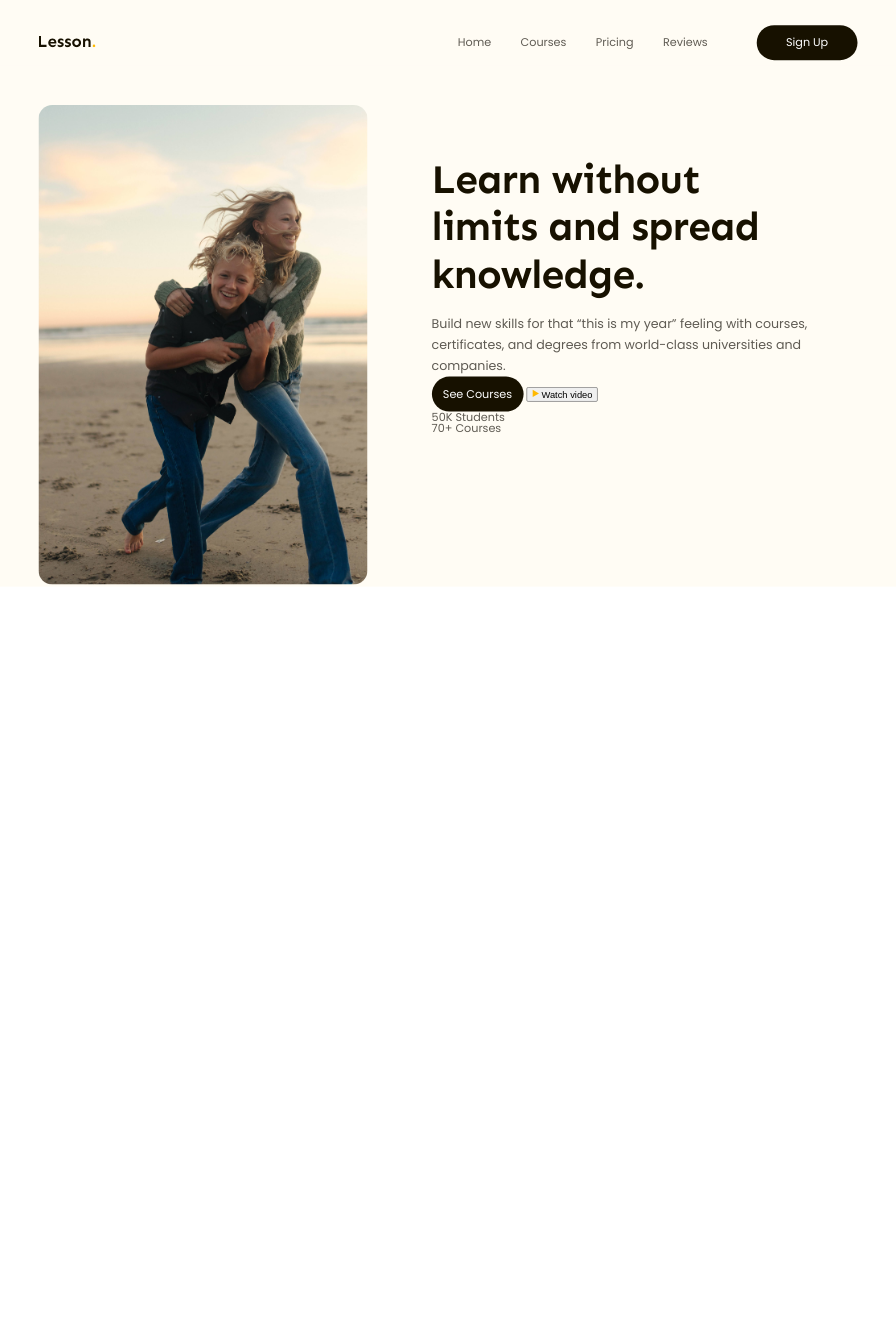
Repository: tinhtranjp/htmlcss-01
Page: index.html
The author's editor kept a copy of each file at every save. The page is drawn from the files as they stood at one save, then again after the next save.
The browser window is 1280 px wide. The pictures show the part of the page from y = 0 to 1920 px (the page is 5000 px tall), at 70% of full size.

Above is the page before, as saved 2023-01-20 05:18:29.

After the next save:
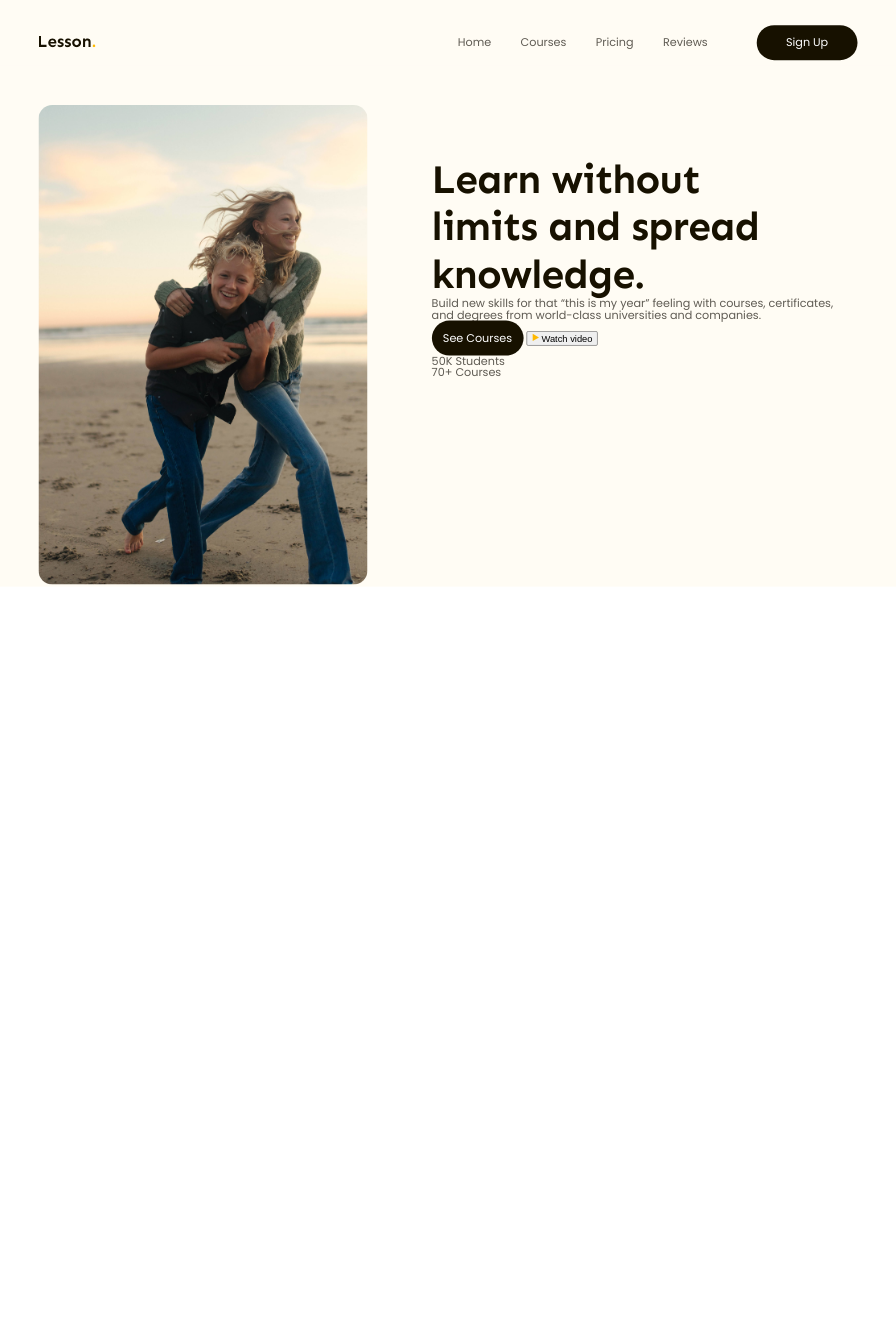
Saved 9 s later.
--- a/assets/css/styles.css
+++ b/assets/css/styles.css
@@ -101,7 +101,7 @@
   width: 470px;
 }
 
-.hero .info .desc:first-of-type {
+.hero .info .desc:first-of-type() {
   margin-top: 22px;
   font-weight: 400;
   font-size: 18px;

After the save that followed:
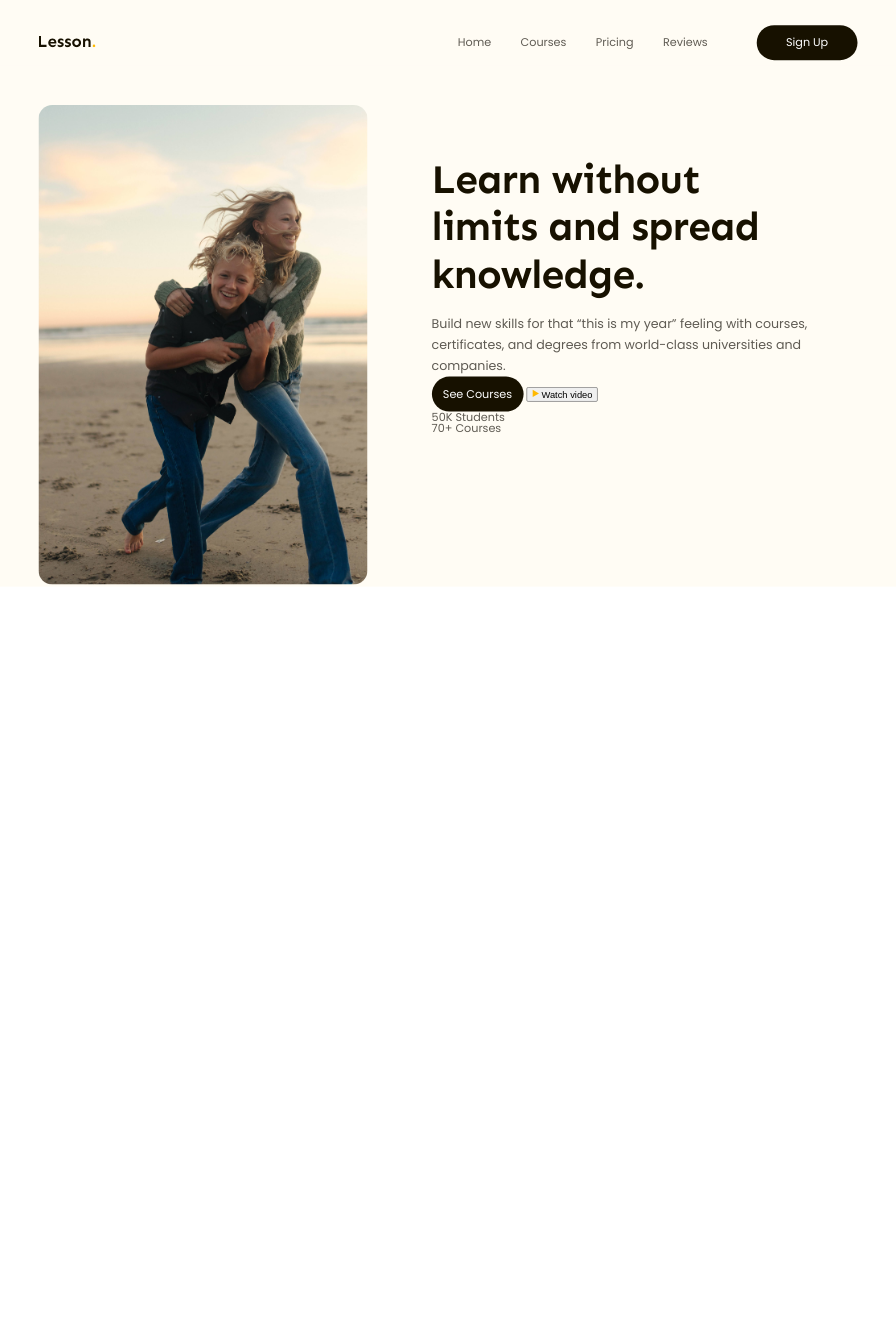
Saved 4 s later.
--- a/assets/css/styles.css
+++ b/assets/css/styles.css
@@ -101,7 +101,7 @@
   width: 470px;
 }
 
-.hero .info .desc:first-of-type() {
+.hero .info .desc:first-of-type {
   margin-top: 22px;
   font-weight: 400;
   font-size: 18px;
